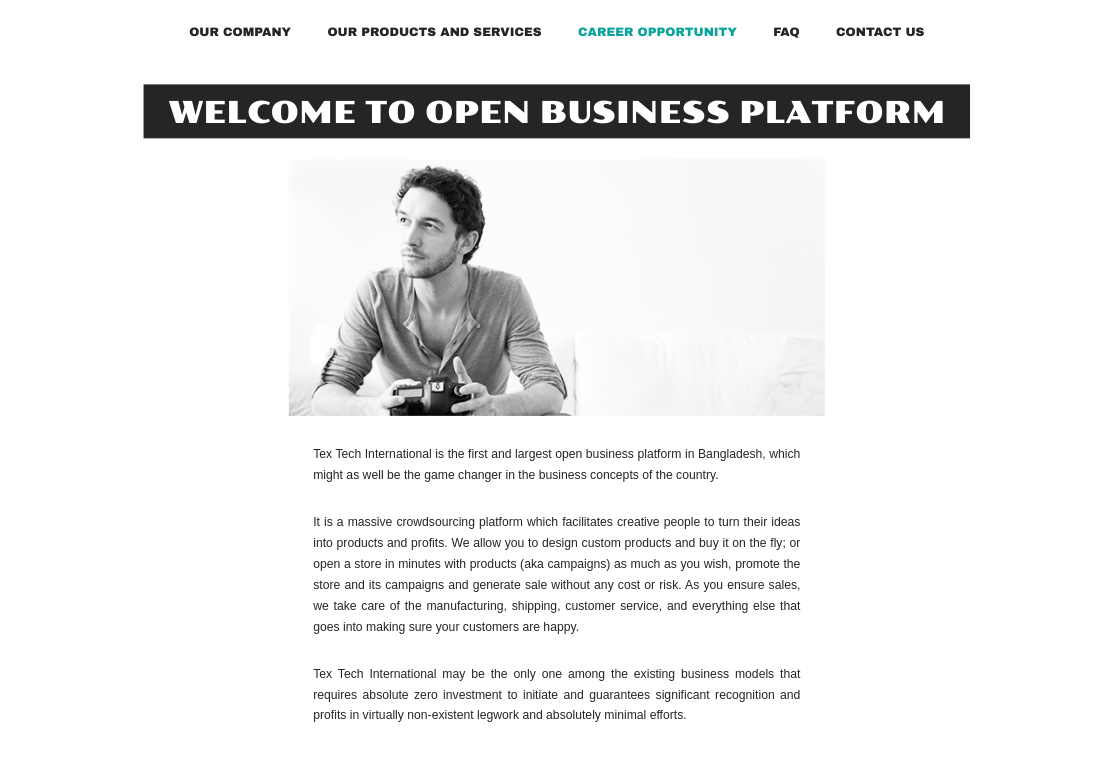
Repository: asifdotpy/textechint
Page: about.html
The author's editor kept a copy of each file at every save. The page is drawn from the files as they stood at one save, then again after the next save.
The browser window is 1280 px wide. The pictures show the whole page, at 87% of full size.

Above is the page before, as saved 2021-02-24 00:49:33.

After the next save:
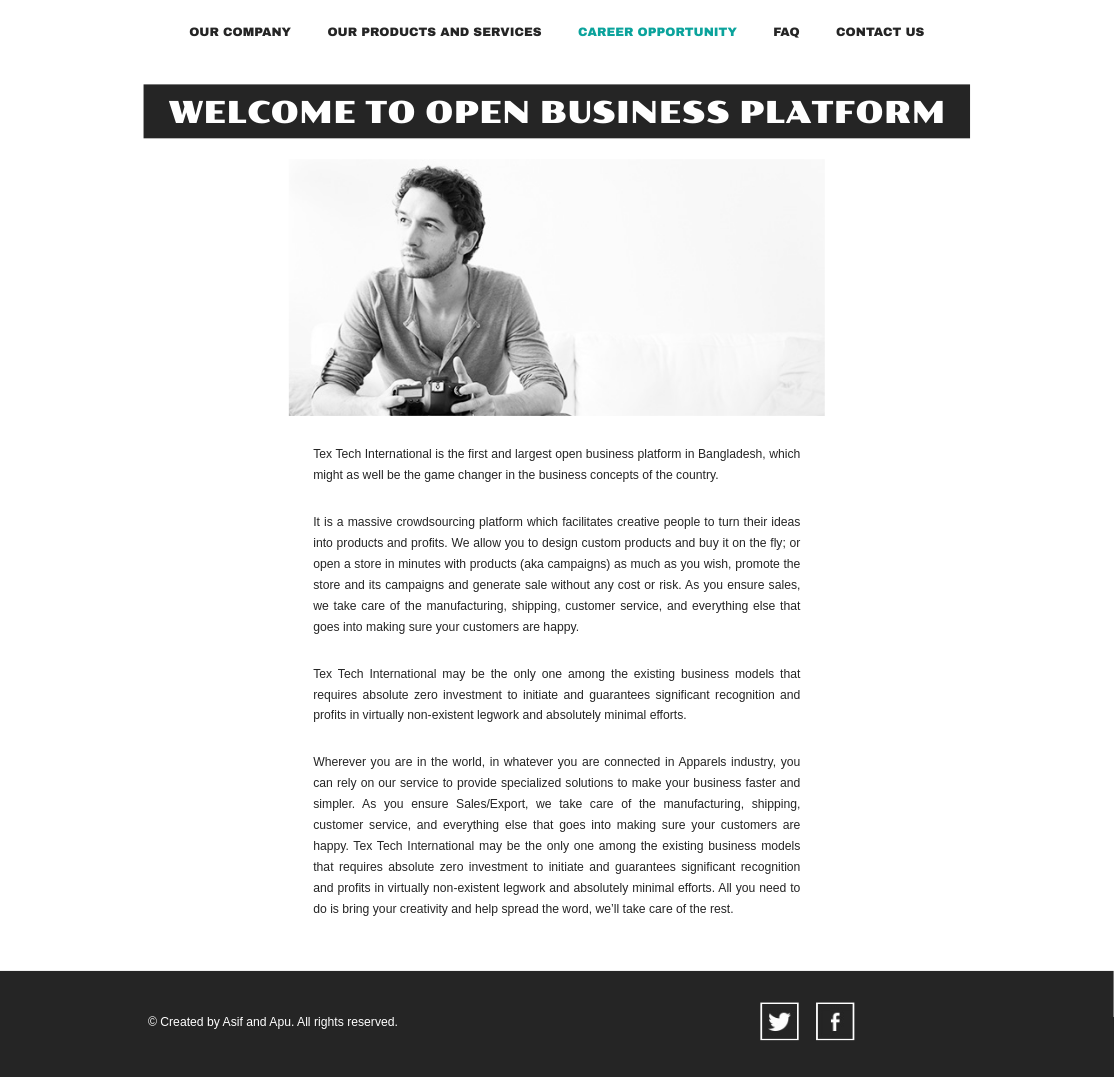
Saved 6 s later.
--- a/about.html
+++ b/about.html
@@ -40,7 +40,7 @@
 				<p>It is a massive crowdsourcing platform which facilitates creative people to turn their ideas into products and profits. We allow you to design custom products and buy it on the fly; or open a store in minutes with products (aka campaigns) as much as you wish, promote the store and its campaigns and generate sale without any cost or risk. As you ensure sales, we take care of the manufacturing, shipping, customer service, and everything else that goes into making sure your customers are happy.</p>
 				<!--<h3>Be Part of Our Community</h3>-->
 				<p>Tex Tech International may be the only one among the existing business models that requires absolute zero investment to initiate and guarantees significant recognition and profits in virtually non-existent legwork and absolutely minimal efforts.</p>
-				<!--<h3>Work area</h3>
+				<!--<h3>Work area</h3>-->
 				<p>
 					Wherever you are in the world, in whatever you are connected in Apparels industry, you can rely on our service to provide specialized solutions to make your business faster and simpler. As you ensure Sales/Export, we take care of the manufacturing, shipping, customer service, and everything else that goes into making sure your customers are happy. Tex Tech International may be the only one among the existing business models that requires absolute zero investment to initiate and guarantees significant recognition and profits in virtually non-existent legwork and absolutely minimal efforts. All you need to do is bring your creativity and help spread the word, we’ll take care of the rest.
 
